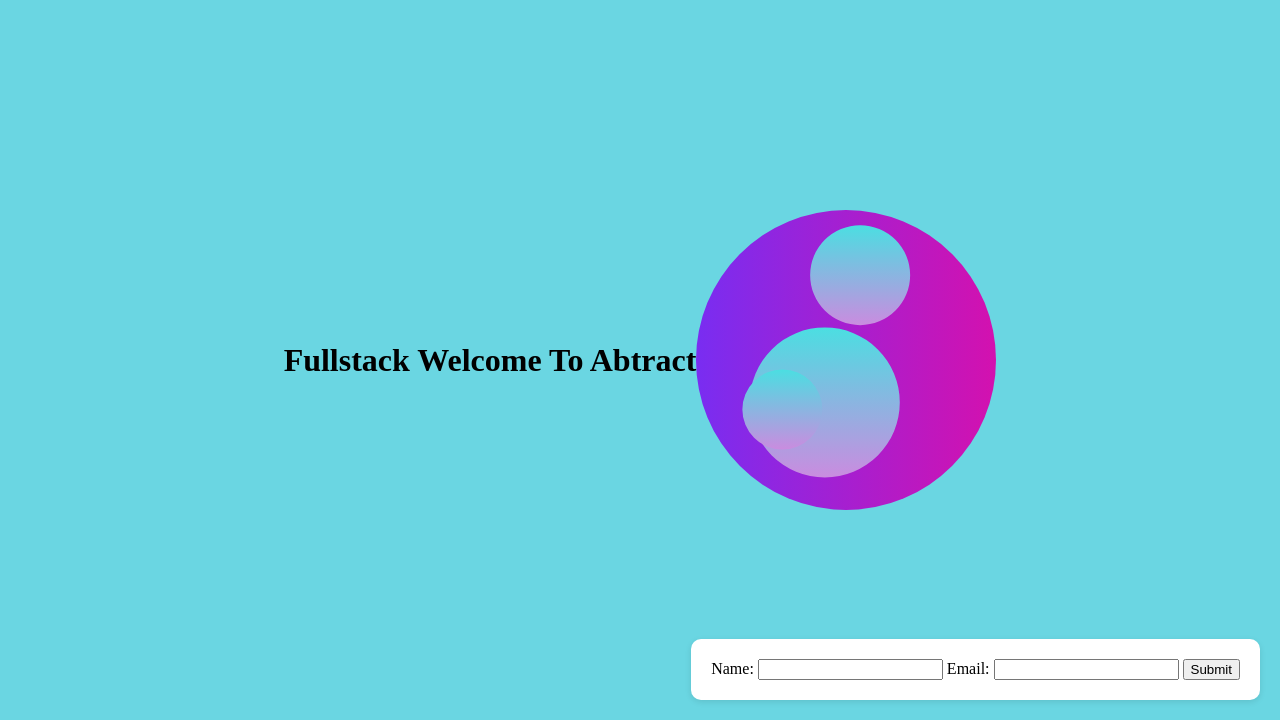
Repository: Melinda-Nanjad-Personal-Website/Personal-web
Page: picasso.html
An editor plug-in stored every save of this project. The page is shown before and after the next save, followed by the edit.
The browser window is 1280 px wide. The pictures show the whole page.

Above is the page before, as saved 2023-08-18 13:13:54.

After the next save:
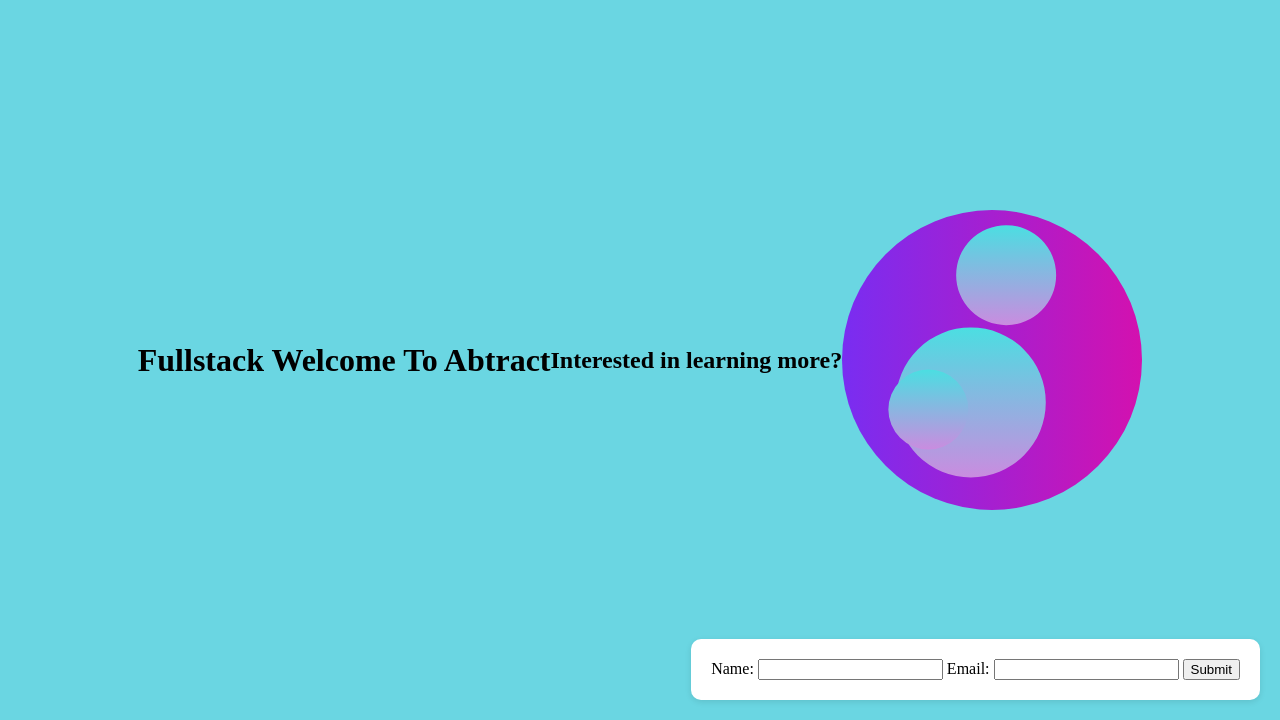
Saved 35 s later.
--- a/picasso.html
+++ b/picasso.html
@@ -10,7 +10,7 @@
     <h1>Fullstack Welcome To Abtract</h1>
 
     <div class="artwork"></div>
-
+    <h2>Interested in learning more?</h2>
     <form class="interested-form" action="formsubmitted.html">
       <label for="name">Name:</label>
       <input type="text" id="name" name="name" required />

After the 2 saves that followed:
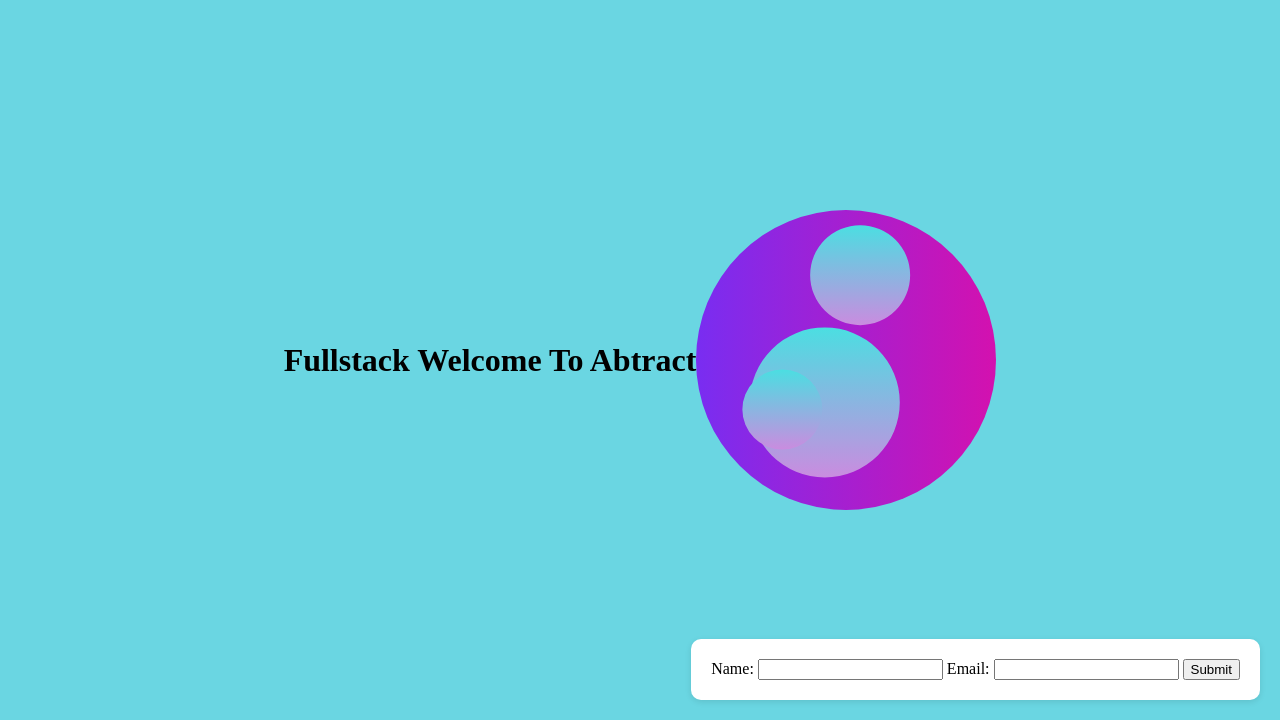
The 2 saves are shown as one change because 1 left the picture as it was.
The last was saved 61 s later.
--- a/picasso.html
+++ b/picasso.html
@@ -10,7 +10,7 @@
     <h1>Fullstack Welcome To Abtract</h1>
 
     <div class="artwork"></div>
-    <h2>Interested in learning more?</h2>
+
     <form class="interested-form" action="formsubmitted.html">
       <label for="name">Name:</label>
       <input type="text" id="name" name="name" required />
